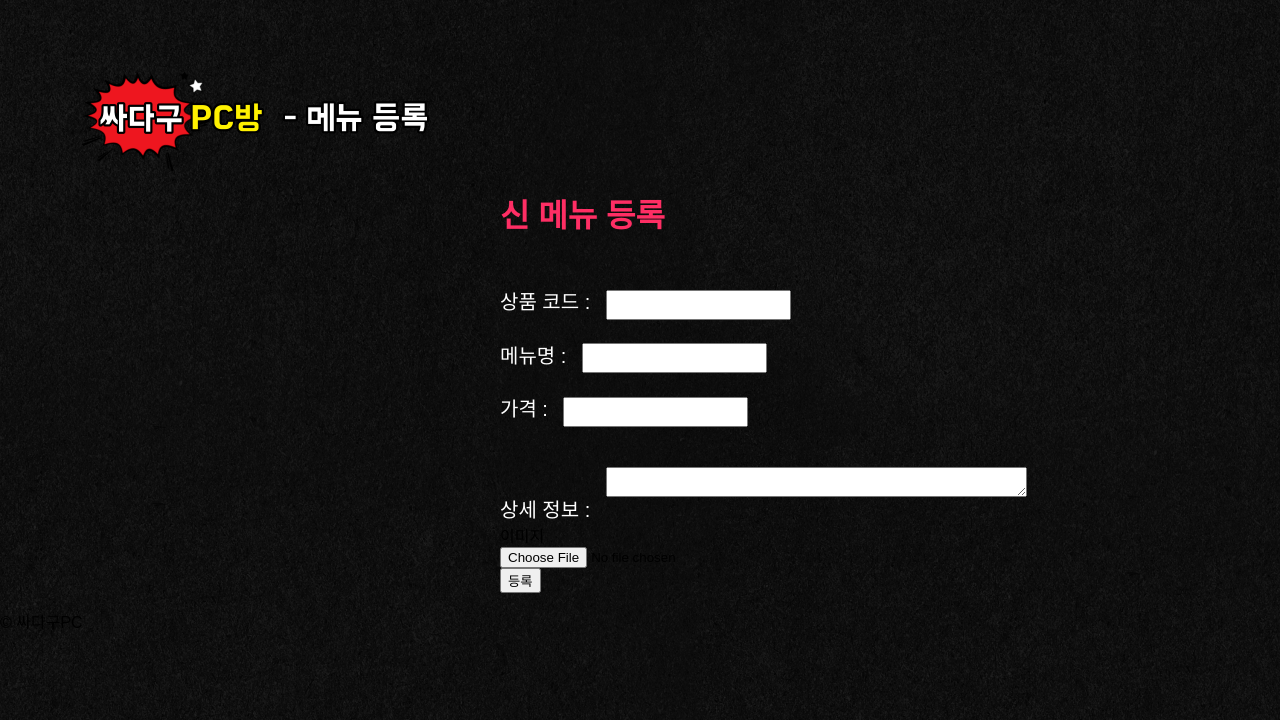
Repository: lkwoung/webProject-assignment
Page: http://localhost/CheapPC/addMenu.jsp
The author's editor kept a copy of each file at every save. The page is drawn from the files as they stood at one save, then again after the next save.
The browser window is 1280 px wide. The pictures show the whole page.
Some web fonts or font styles are not loaded; a fallback is used. The page is served by Tomcat 9. Other server files are loaded and not shown.

Above is the page before, as saved 2020-12-13 15:05:31.

### CheapPC/WebContent/addMenu.jsp
<%@ page contentType="text/html; charset=utf-8" %>
<html>

<head>
<link href="https://fonts.googleapis.com/earlyaccess/hanna.css" rel="stylesheet" type="text/css" />
<link rel="stylesheet" href="css/addMenu.css">
<title>메뉴 추가</title>
</head>
<body>
<div style="margin-top:190px; margin-left:500px;" >
<h1 style="color:#FE2E64; margin-bottom:50px;">신 메뉴 등록 </h1>
	<form name = "newProduct" action="./processAddBook.jsp" method = "post">
	<div style="color:#fff; font-size:20px;">
		<label >상품 코드  :</label>
			<input type="text" style="margin-left:10px; height:30px; margin-bottom:20px;"name="FoodId" class="form-control">
	</div>
<div style="color:#fff; font-size:20px;">
		<label >메뉴명  :</label>
			<input type="text" style="margin-left:10px; height:30px;margin-bottom:20px;"name="name" class="form-control">
	</div>

	<div style="color:#fff; font-size:20px;">
		<label >가격 : </label>

			<input type="text" style="margin-left:10px; height:30px; margin-bottom:20px;"name="price" class="form-control">

	</div>
	<div style="color:#fff; font-size:20px; margin-top:20px;" >
		<label >상세 정보 : </label>
		<textarea name = "description" style="margin-left:10px; height:30px; margin-bottom:20px;" cols="50" rows="2"></textarea>

	</div>


	<div class="form-group row">
		<label class="col-sm-2">이미지</label>
		<div class = "col-sm-5">
			<input type = "file" name = "productImage" class="form-control">
		</div>
	</div>


	<div class="form-group row">
		<div class = "col-sm-offset-2 col-sm-10">
			<input type="submit" name="btn btn-primary" value="등록">
		</div>
	</div>


	</form>
</div>



<footer class="container">
<p>&copy; 싸다구PC</p>
</footer>
</body>

</html>

### CheapPC/WebContent/css/addMenu.css
body
{
	background: url(image/menu.png) no-repeat center center fixed;
	-webkit-background-size: cover;
	-moz-background-size: cover;
	-o-background-size: cover;
	background-size: cover;
    margin: 0;
    font-size: 16px;
    font-family:'Hanna', sans-serif;
    -webkit-font-smoothing: antialiased;
}

After the next save:
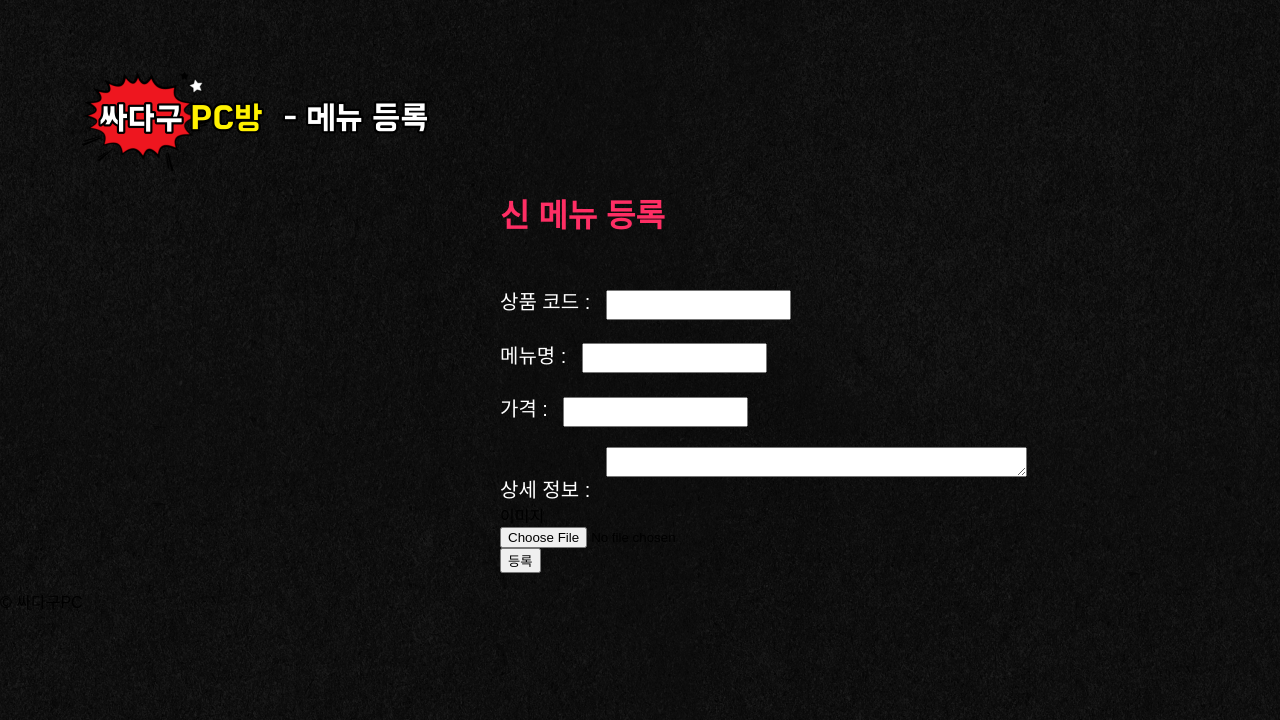
Saved 12 s later.
--- a/CheapPC/WebContent/addMenu.jsp
+++ b/CheapPC/WebContent/addMenu.jsp
@@ -25,7 +25,7 @@
 			<input type="text" style="margin-left:10px; height:30px; margin-bottom:20px;"name="price" class="form-control">
 
 	</div>
-	<div style="color:#fff; font-size:20px; margin-top:20px;" >
+	<div style="color:#fff; font-size:20px;" >
 		<label >상세 정보 : </label>
 		<textarea name = "description" style="margin-left:10px; height:30px; margin-bottom:20px;" cols="50" rows="2"></textarea>
 
